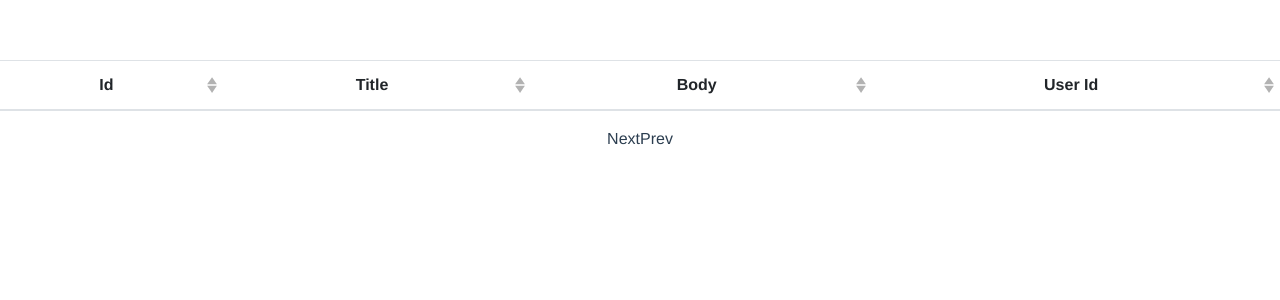
Repository: rupeshpawar93/vue-profile
Page: /
These files come from the project's save history. The page is drawn as it stood at one moment and after the next save; the edit follows.
The browser window is 1280 px wide. The pictures show the whole page.
The page's requests for data from a server got no answer. The project was rebuilt for these pictures with package versions that can differ from the ones it lists, and the page was loaded fresh each time. No one was signed in, and anything a server would have sent is missing. Also part of the build but not shown: webpack.config.js, src/components/Portfolio_detail.vue.

Above is the page before, as saved 2019-11-01 11:33:44.

After the next save:
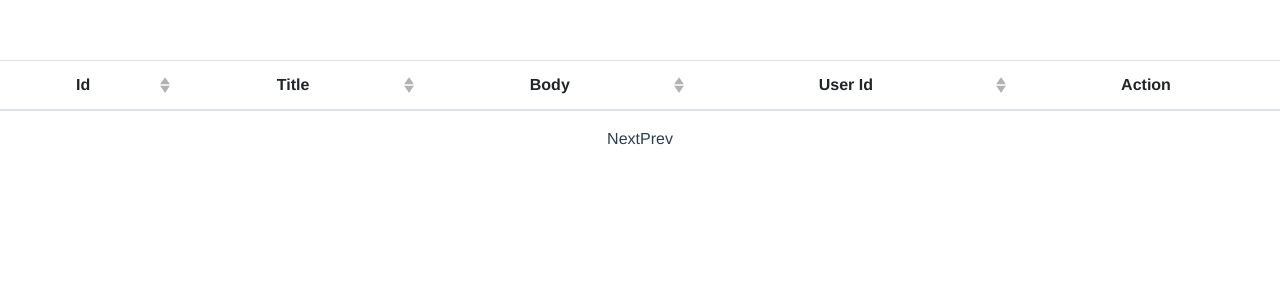
Saved 25 s later.
--- a/src/components/Portfolio.vue
+++ b/src/components/Portfolio.vue
@@ -22,7 +22,7 @@ export default {
         return {
             fields: [ {key:'id',sortable:true},{ key: 'title', sortable: true },
           { key: 'body', sortable: true },
-          { key: 'userId', sortable: true }],
+          { key: 'userId', sortable: true },{key:'actions',label:'Action'}],
             items: [
             ],
             obj:{},
